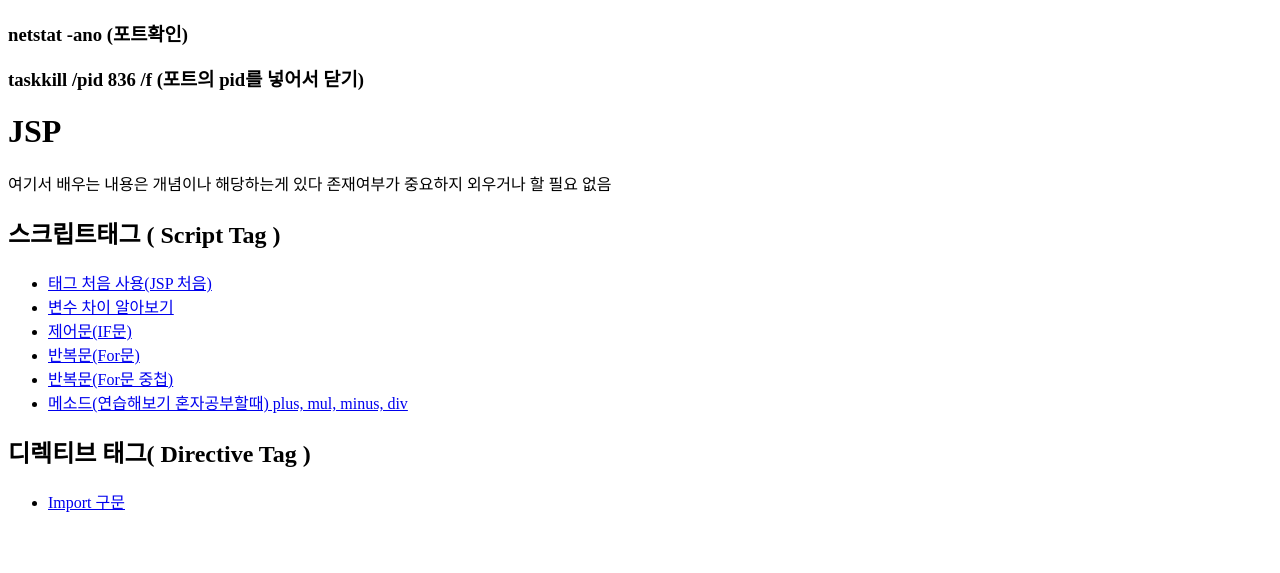
Repository: kvmhyvmvn/Study_JspServlet
Page: WorkSpace/03.Tag/src/main/webapp/index.html
An editor plug-in stored every save of this project. The page is shown before and after the next save, followed by the edit.
The browser window is 1280 px wide. The pictures show the whole page.

Above is the page before, as saved 2023-05-19 02:44:21.

### WorkSpace/03.Tag/src/main/webapp/index.html
<!DOCTYPE html>
<html>
<head>
<meta charset="UTF-8">
<title>Insert title here</title>
</head>
<body>
	<h3>netstat -ano (포트확인)</h3>
	<h3>taskkill /pid 836 /f (포트의 pid를 넣어서 닫기)</h3>

	<h1> JSP </h1>
	<p>여기서 배우는 내용은 개념이나 해당하는게 있다 존재여부가 중요하지 외우거나 할 필요 없음</p>
	<h2> 스크립트태그 ( Script Tag )</h2>

	<ul>
		<li><a href="01.Script/Ex00Into.jsp">태그 처음 사용(JSP 처음)</a></li>
		<li><a href="01.Script/Ex01Var.jsp">변수 차이 알아보기</a></li>
		<li><a href="01.Script/Ex02If.jsp">제어문(IF문)</a></li>
		<li><a href="01.Script/Ex03For.jsp">반복문(For문)</a></li>
		<li><a href="01.Script/Ex04For.jsp">반복문(For문 중첩)</a></li>
		<li><a href="01.Script/Ex05Method.jsp">메소드(연습해보기 혼자공부할때)
		plus, mul, minus, div</a></li>
	</ul>

	<h2> 디렉티브 태그( Directive Tag )</h2>
	<ul>
		<li><a href="02.Directive/Ex01Directive.jsp">Import 구문</a></li>
	</ul>
</body>
</html>

After the next save:
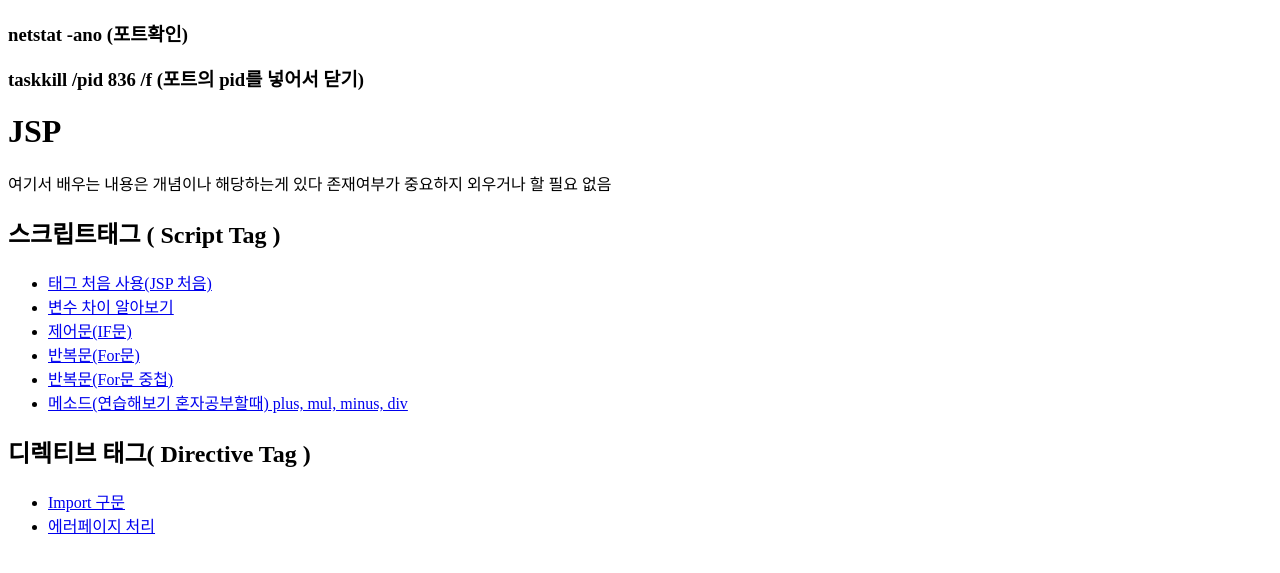
Saved 112 s later.
--- a/WorkSpace/03.Tag/src/main/webapp/index.html
+++ b/WorkSpace/03.Tag/src/main/webapp/index.html
@@ -25,6 +25,7 @@
 	<h2> 디렉티브 태그( Directive Tag )</h2>
 	<ul>
 		<li><a href="02.Directive/Ex01Directive.jsp">Import 구문</a></li>
+		<li><a href="02.Directive/Ex02ErrorMain.jsp">에러페이지 처리</a></li>
 	</ul>
 </body>
 </html>
